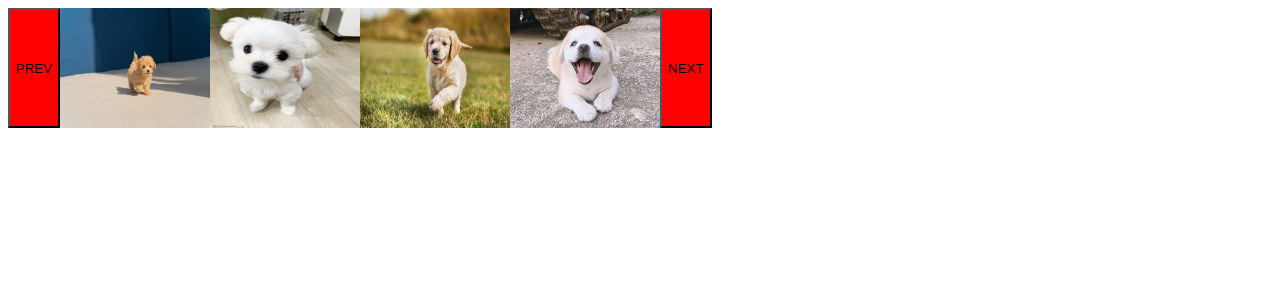
Repository: chopilyeon/JavaWeb
Page: LectureWeb/src/main/webapp/jquery/exam06.html
The author's editor kept a copy of each file at every save. The page is drawn from the files as they stood at one save, then again after the next save.
The browser window is 1280 px wide. The pictures show the whole page.

Above is the page before, as saved 2022-05-31 01:32:13.

After the next save:
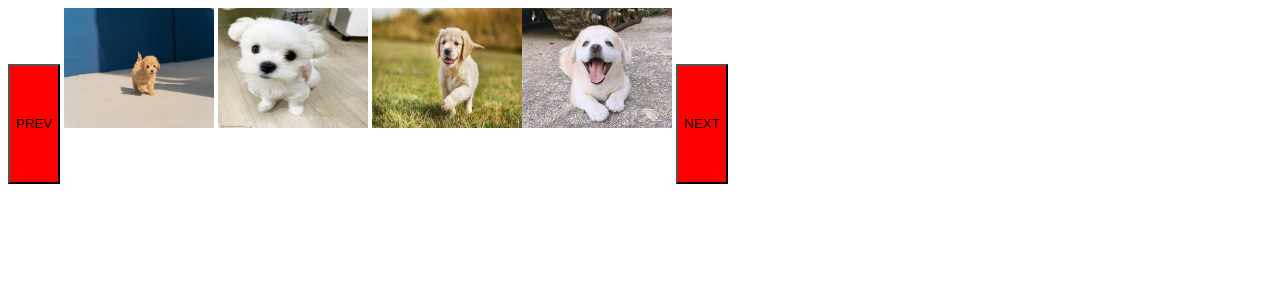
Saved 10 s later.
--- a/LectureWeb/src/main/webapp/jquery/exam06.html
+++ b/LectureWeb/src/main/webapp/jquery/exam06.html
@@ -7,13 +7,13 @@
 	img{
 		width:150px;
 		height:120px;
-		float:left;
-		/* 이걸로 div 썼을 때 display:flex 대신 주어도 됨  */
+/* 		float:left;
+ */		/* 이걸로 div 썼을 때 display:flex 대신 주어도 됨  */
 	}
 
 	button{
 		height:120px;
-		float:left;
+/* 		float:left;  */
 		background-color:red;
 	}
 

After the 2 saves that followed:
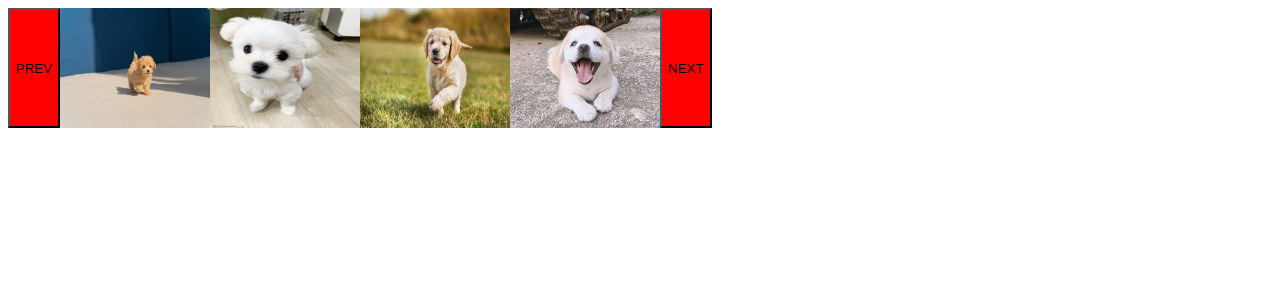
The 2 saves are shown as one change because 1 left the picture as it was.
The last was saved 3 min 55 s later.
--- a/LectureWeb/src/main/webapp/jquery/exam06.html
+++ b/LectureWeb/src/main/webapp/jquery/exam06.html
@@ -7,13 +7,13 @@
 	img{
 		width:150px;
 		height:120px;
-/* 		float:left;
- */		/* 이걸로 div 썼을 때 display:flex 대신 주어도 됨  */
+ 		float:left;
+ 	/* 이걸로 div 썼을 때 display:flex 대신 주어도 됨  */
 	}
 
 	button{
 		height:120px;
-/* 		float:left;  */
+		float:left;
 		background-color:red;
 	}
 
